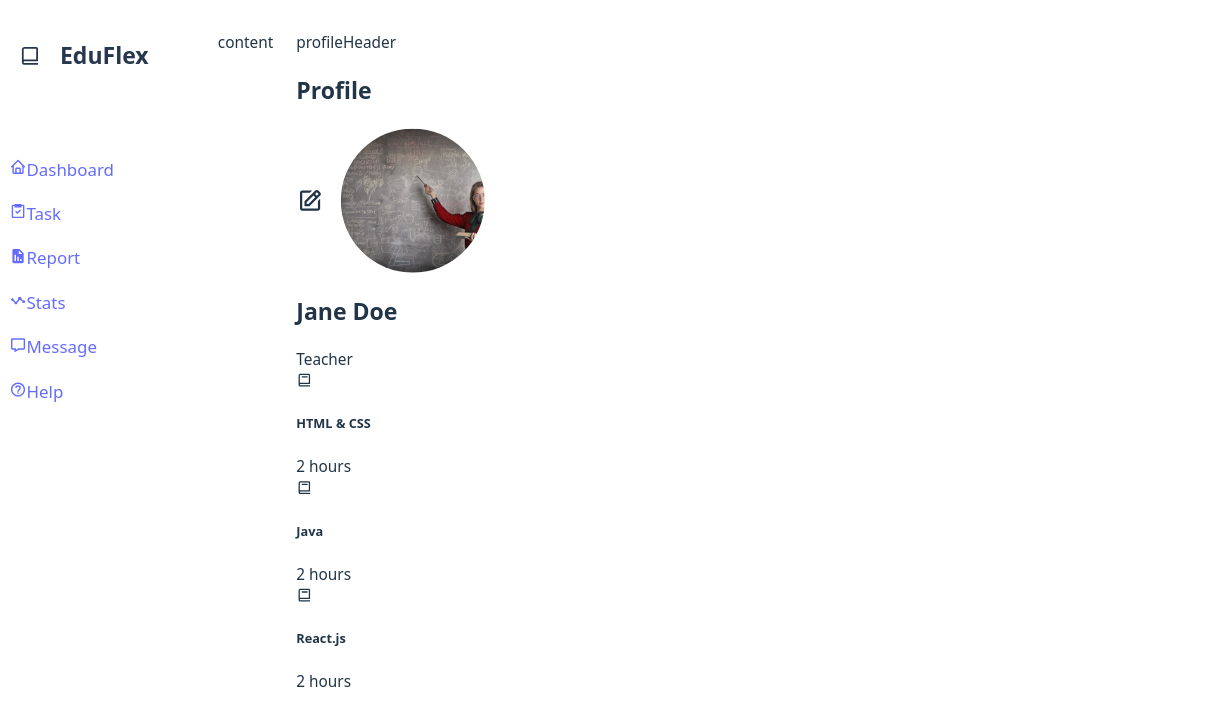
Repository: gogg23/react-dash
Page: /
The author's editor kept a copy of each file at every save. The page is drawn from the files as they stood at one save, then again after the next save.
The browser window is 1280 px wide. The pictures show the whole page, at 96% of full size.
The project was rebuilt for these pictures with package versions that can differ from the ones it lists, and the page was loaded fresh each time. Also part of the build but not shown: vite.config.js.

Above is the page before, as saved 2025-04-09 18:04:42.

After the next save:
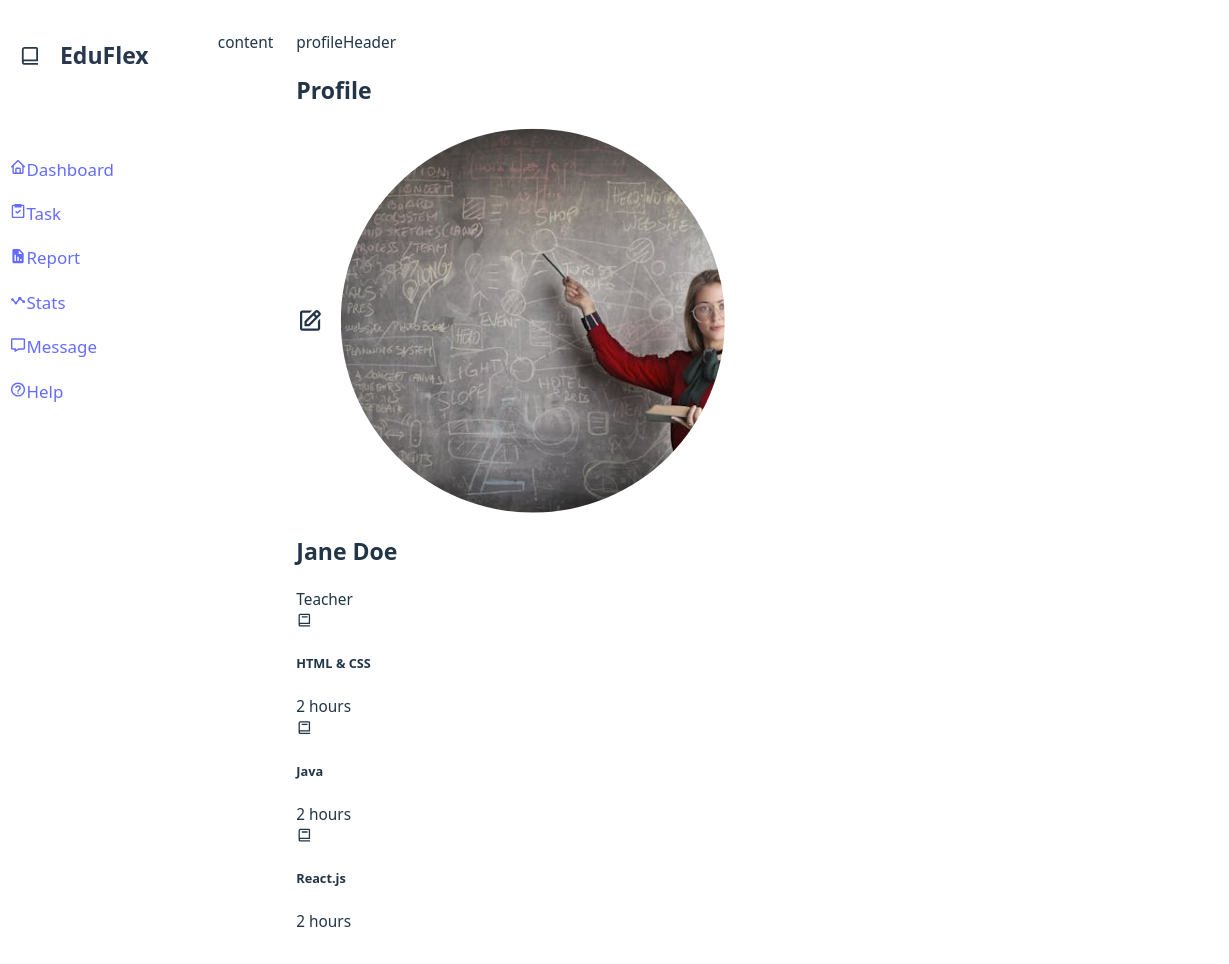
Saved 103 s later.
--- a/src/components/Profile.jsx
+++ b/src/components/Profile.jsx
@@ -27,31 +27,28 @@ const Profile = () => {
     <div className='profile'>
       <ProfileHeader />
 
-      {/* Profile heading */}
-      <h2 className='profile--header'>Profile</h2>
-
-      {/* User detail section */}
+      {/* Heading and icon next to image */}
       <div className='user--detail'>
+        <h2 className='profile--header'>Profile</h2>
         <div style={{ display: 'flex', alignItems: 'center', gap: '1rem' }}>
           <BiEdit size={28} />
           <img
             src={Image1}
             alt='Profile'
             style={{
-              width: '150px',
-              height: '150px',
+              width: '400px',
+              height: '400px',
               borderRadius: '50%',
               border: '2px solid #fff',
               objectFit: 'cover',
             }}
           />
         </div>
-
         <h2 className='user--name'>Jane Doe</h2>
         <span className='profession'>Teacher</span>
       </div>
 
-      {/* Courses */}
+      {/* Course section */}
       <div className='user-courses'>
         {courses.map((course, index) => (
           <div className='course' key={index}>
